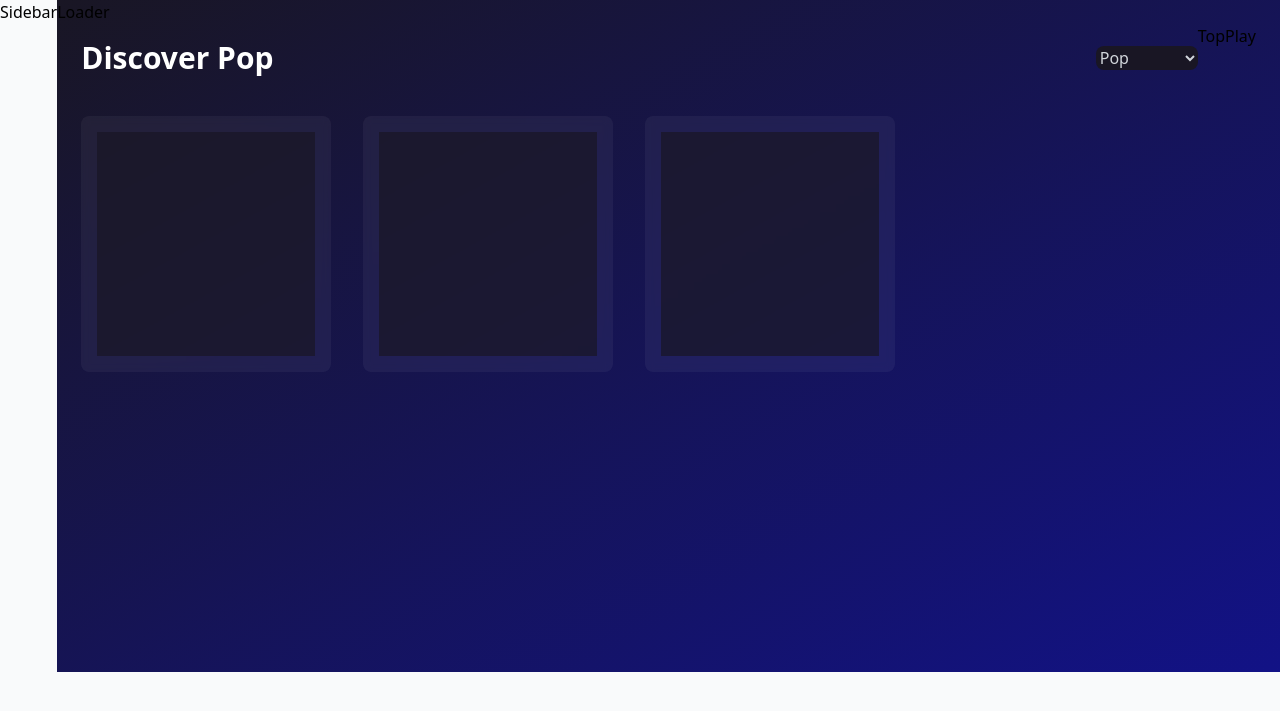
Repository: Chris24T/Dotify
Page: /
An editor plug-in stored every save of this project. The page is shown before and after the next save, followed by the edit.
The browser window is 1280 px wide. The pictures show the whole page.
The project was rebuilt for these pictures with package versions that can differ from the ones it lists, and the page was loaded fresh each time. Also part of the build but not shown: vite.config.js, src/components/PlayPause.jsx, src/components/ArtistCard.jsx, src/components/DetailsHeader.jsx, src/components/SongBar.jsx, src/components/RelatedSongs.jsx, src/components/MusicPlayer/Controls.jsx, src/components/MusicPlayer/Player.jsx and 13 more.

Above is the page before, as saved 2022-12-03 21:41:16.

After the next save:
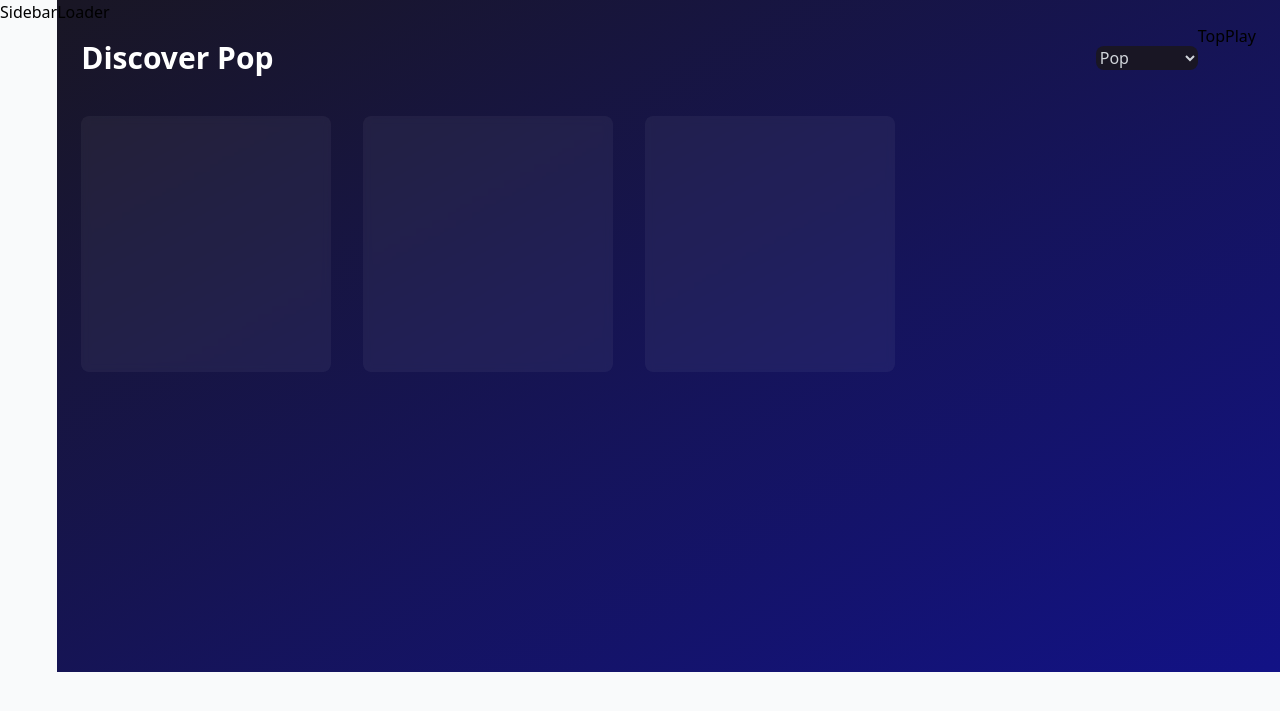
Saved 23 s later.
--- a/src/components/SongCard.jsx
+++ b/src/components/SongCard.jsx
@@ -14,8 +14,8 @@
     >
       <div className="relative w-full h-56 group">
         <div
-          className={`absolute inset-0 justify-center items-center
-          bg-black bg-opacity-50 group-hover:flex ${
+          className={` inset-0 justify-center items-center
+          bg-black group-hover:flex ${
             activeSong.title === song.title
               ? 'flex bg-black bg-opacity-70'
               : 'hidden'

After the 3 saves that followed:
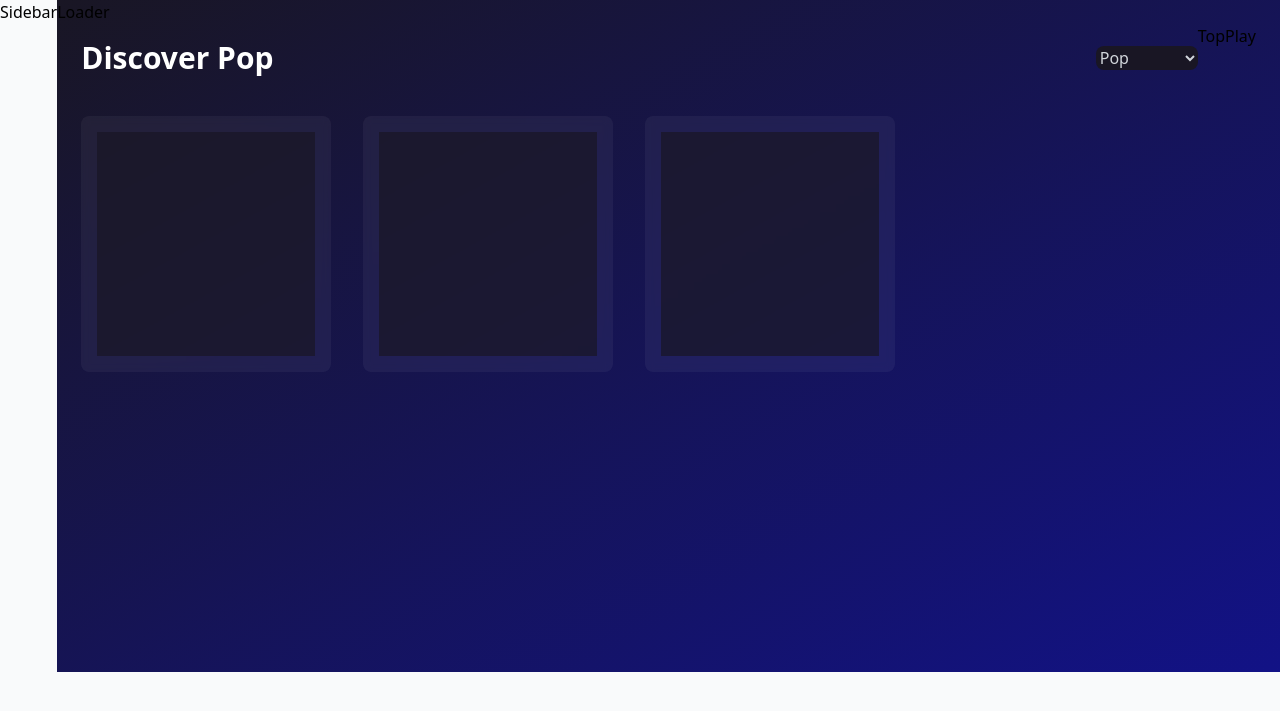
The 3 saves are shown as one change because 1 left the picture as it was and some came seconds apart.
The last was saved 15 s later.
--- a/src/components/SongCard.jsx
+++ b/src/components/SongCard.jsx
@@ -14,7 +14,7 @@
     >
       <div className="relative w-full h-56 group">
         <div
-          className={` inset-0 justify-center items-center
+          className={`absolute inset-0 justify-center items-center
           bg-black group-hover:flex ${
             activeSong.title === song.title
               ? 'flex bg-black bg-opacity-70'
